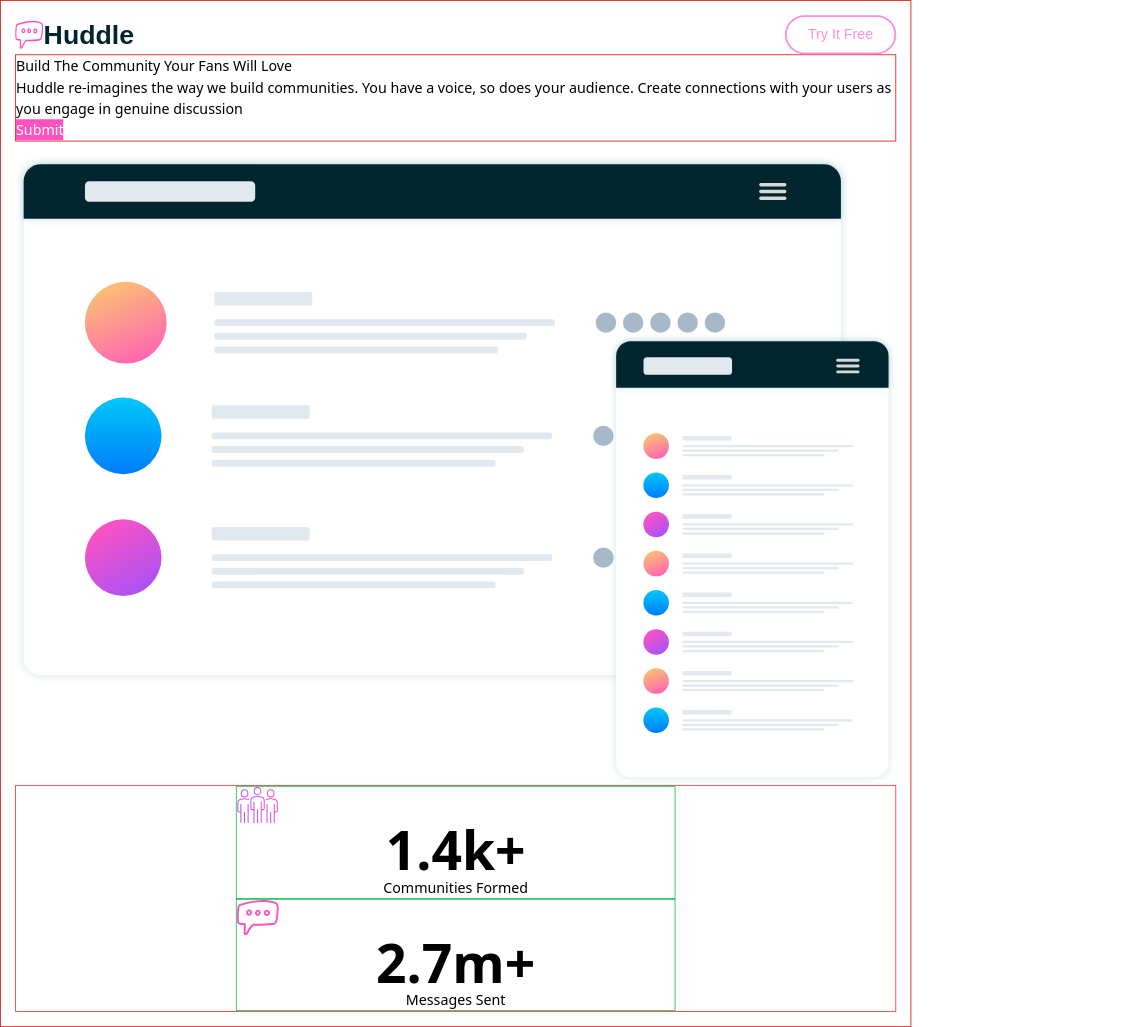
Repository: nivrii/huddle-landing-page-with-curved-sections-master
Page: /
The author's editor kept a copy of each file at every save. The page is drawn from the files as they stood at one save, then again after the next save.
The browser window is 1280 px wide. The pictures show the whole page, at 89% of full size.
The project was rebuilt for these pictures with package versions that can differ from the ones it lists, and the page was loaded fresh each time. Also part of the build but not shown: vite.config.js.

Above is the page before, as saved 2024-04-03 18:06:53.

### src/App.jsx
import "./App.css";
import message from "./assets/images/icon-messages.svg";
import screenMockup from "./assets/images/screen-mockups.svg";
import communities from './assets/images/icon-communities.svg'

function App() {
  return (
    <div className="container box-border p-4 m-0 bg-white w-screen min-h-screen border border-red-600">
      <section>
        <div className="flex flex-row w-full">
          <div className="flex flex-row align-middle  w-3/5">
            <img src={message} className="my-auto w-8 h-8" />
            <h1 className="text-3xl font-Poppins text-Very-dark-cyan font-bold my-auto">
              Huddle
            </h1>
          </div>
          <div className="flex align-middle justify-end w-2/5">
            <input
              className="border-2 border-Light-pink text-Light-pink font-Poppins rounded-3xl px-6 py-2"
              type="button"
              value="Try It Free"
            />
          </div>
        </div>
      </section>

      <section>
        <div className="w-full overflow-hidden border border-red-600">
          <h1>Build The Community Your Fans Will Love</h1>
          <p className="text-wrap">
            Huddle re-imagines the way we build communities. You have a voice,
            so does your audience. Create connections with your users as you
            engage in genuine discussion
          </p>
          <input
            type="submit"
            name="start"
            className="outline-none text-white bg-Pink"
          />
        </div>
      </section>

      <section className="mt-4 m">
        <div className="mx-auto">
          <img src={screenMockup} className="object-contain" />
        </div>
      </section>

      <section className="flex flex-col justify-center border border-red-500 text-center">
        <div className="mx-auto w-1/2 border border-green-500 ">
          <img src={communities} alt="communities"/>
          <h1 className="w-full font-bold text-6xl">1.4k+</h1>
          <p>Communities Formed</p>
        </div>
        <div className="mx-auto w-1/2 border border-green-500">
          <img src={message} alt="message" />
          <h1 className="w-full font-bold text-6xl">2.7m+</h1>
          <p>Messages Sent</p>
        </div>
      </section>
    </div>
  );
}

export default App;

### src/App.css
@import "tailwindcss/base";
@import "tailwindcss/components";
@import "tailwindcss/utilities";
@import url('https://fonts.google.com/specimen/Poppins');
@import url('https://fonts.google.com/specimen/Open+Sans');

### tailwind.config.js
/** @type {import('tailwindcss').Config} */

/*! tailwindcss v2.2.7 | MIT License | https://tailwindcss.com */
export default {
  content: [
    "./index.html",
    "./src/**/*.{js,ts,jsx,tsx}",
  ],
  theme: {
    extend: {
      screens: {
        'xs': '375px',
        'sm': '640px',
        'md': '768px',
        'lg': '1024px',
        'xl': '1440px',

      },
      colors: {
        'Pink': 'hsl(322, 100%, 66%)',
        'Light-pink': 'hsl(321, 100%, 78%)',
        'Light-red': 'hsl(0, 100%, 63%)',
        'Very-dark-cyan': 'hsl(192, 100%, 9%)',
        'Very-dark-blue': 'hsl(207, 100%, 98%)',
      },
      fontFamily: {
        'Poppins': ['Poppins', 'sans-serif'],
        'Open-sans': ['Open Sans', 'serif'],
      },
    },
  },
  plugins: [],
}

Loaded but not shown: index.html (common file); src/main.jsx (common file)

After the next save:
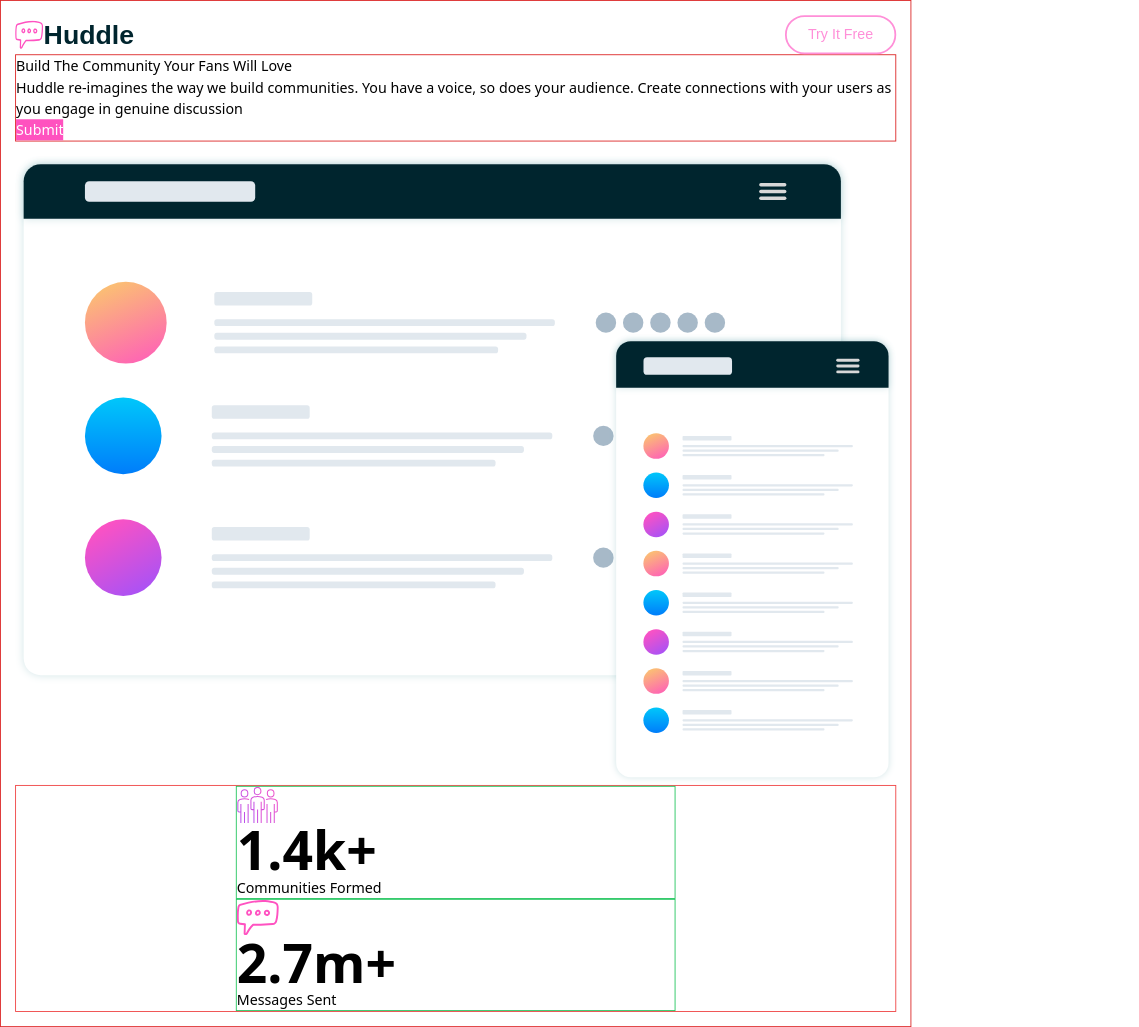
Saved 15 s later.
--- a/src/App.jsx
+++ b/src/App.jsx
@@ -46,7 +46,7 @@
         </div>
       </section>
 
-      <section className="flex flex-col justify-center border border-red-500 text-center">
+      <section className="flex flex-col justify-center border border-red-500">
         <div className="mx-auto w-1/2 border border-green-500 ">
           <img src={communities} alt="communities"/>
           <h1 className="w-full font-bold text-6xl">1.4k+</h1>
